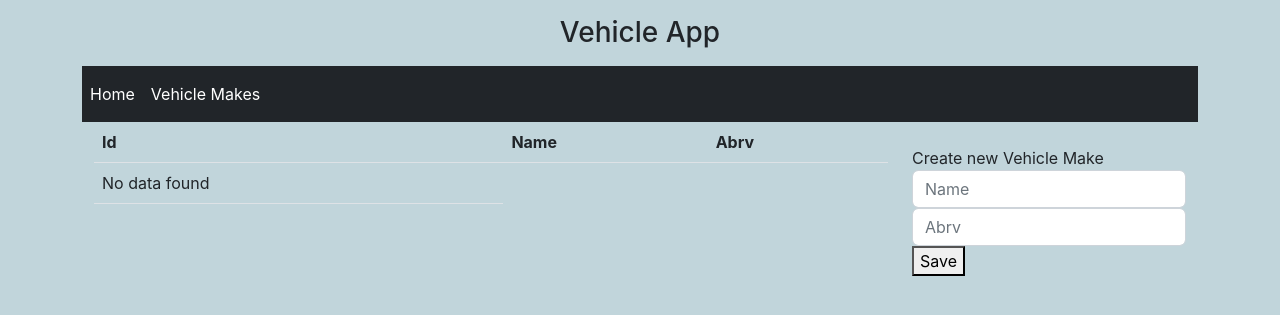
Repository: magdalenarajic/VehicleFrontend
Page: /Makes
The author's editor kept a copy of each file at every save. The page is drawn from the files as they stood at one save, then again after the next save.
The browser window is 1280 px wide. The pictures show the whole page.
The page's requests for data from a server got no answer. The project was rebuilt for these pictures with package versions that can differ from the ones it lists, and the page was loaded fresh each time. No one was signed in, and anything a server would have sent is missing. Also part of the build but not shown: src/App.css, src/components/Home.js. Imported but missing from the stored project, and not drawn on this page: src/components/VehiceModel.

Above is the page before, as saved 2023-03-09 13:07:29.

After the next save:
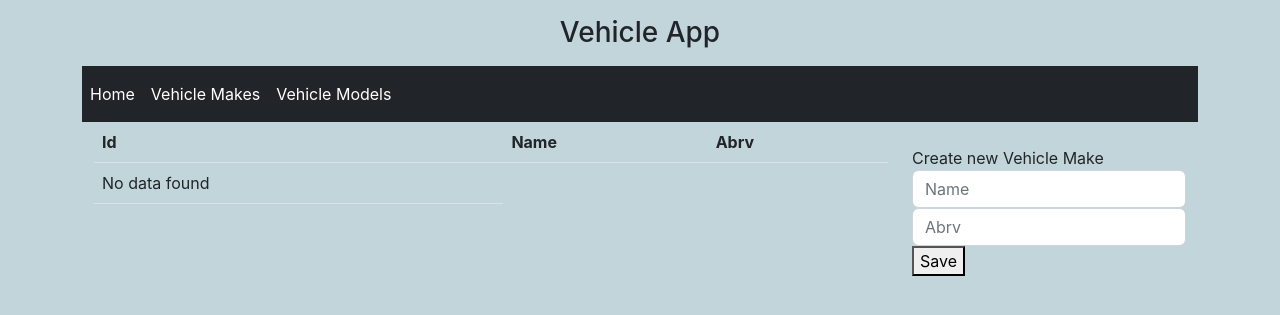
Saved 40 s later.
--- a/src/components/Navigation.js
+++ b/src/components/Navigation.js
@@ -12,6 +12,9 @@ export class Navigation extends Component {
           <Nav.Link className="d-inline p-2 text-white" href="/makes">
             Vehicle Makes
           </Nav.Link>
+          <Nav.Link className="d-inline p-2 text-white" href="/models">
+            Vehicle Models
+          </Nav.Link>
         </Nav>
       </Navbar>
     );
